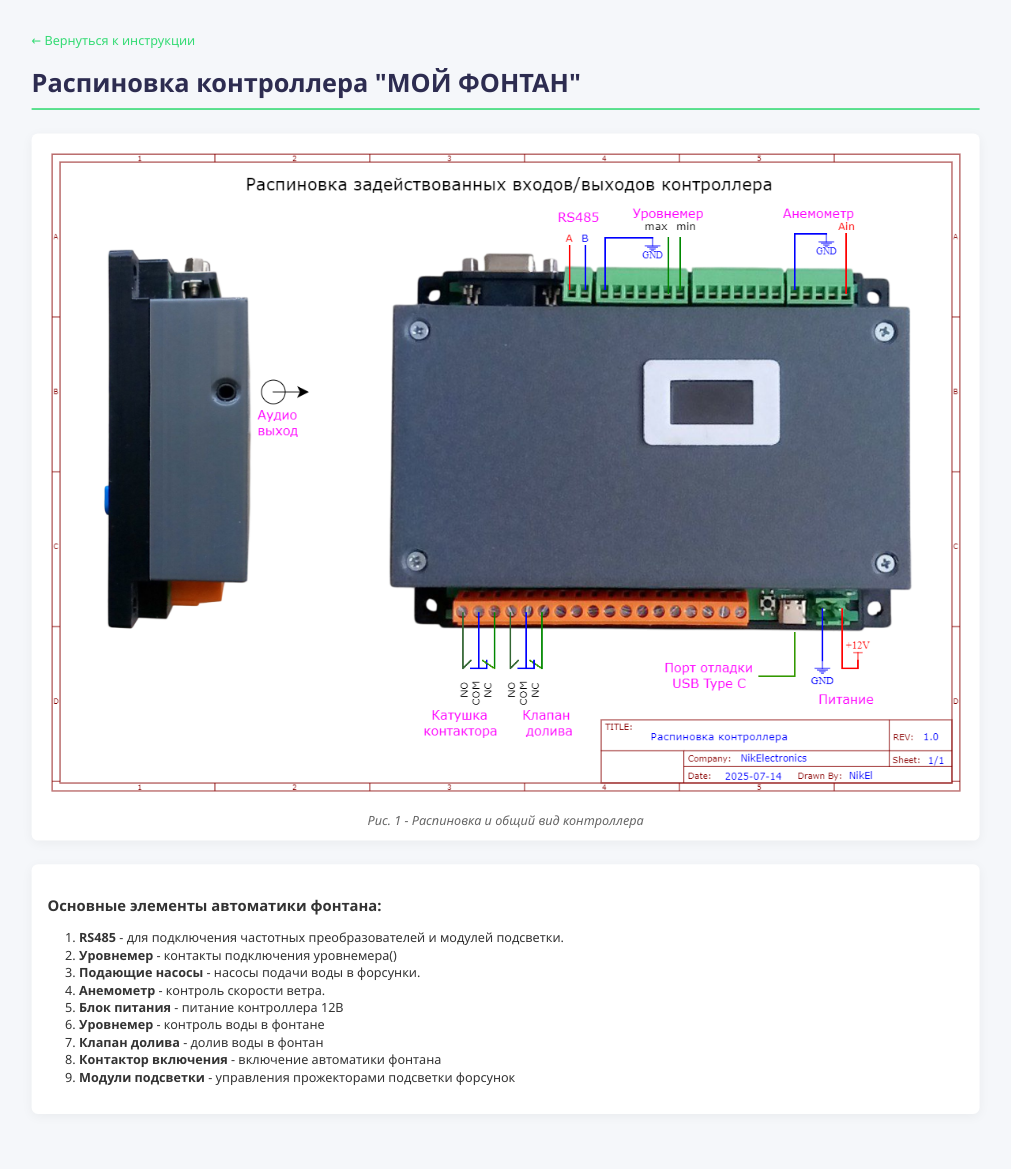
Repository: NikElectronics/fountain_manual
Page: pinout.html
These files come from the project's save history. The page is drawn as it stood at one moment and after the next save; the edit follows.
The browser window is 1280 px wide. The pictures show the whole page, at 79% of full size.

Above is the page before, as saved 2025-07-14 10:15:37.

After the next save:
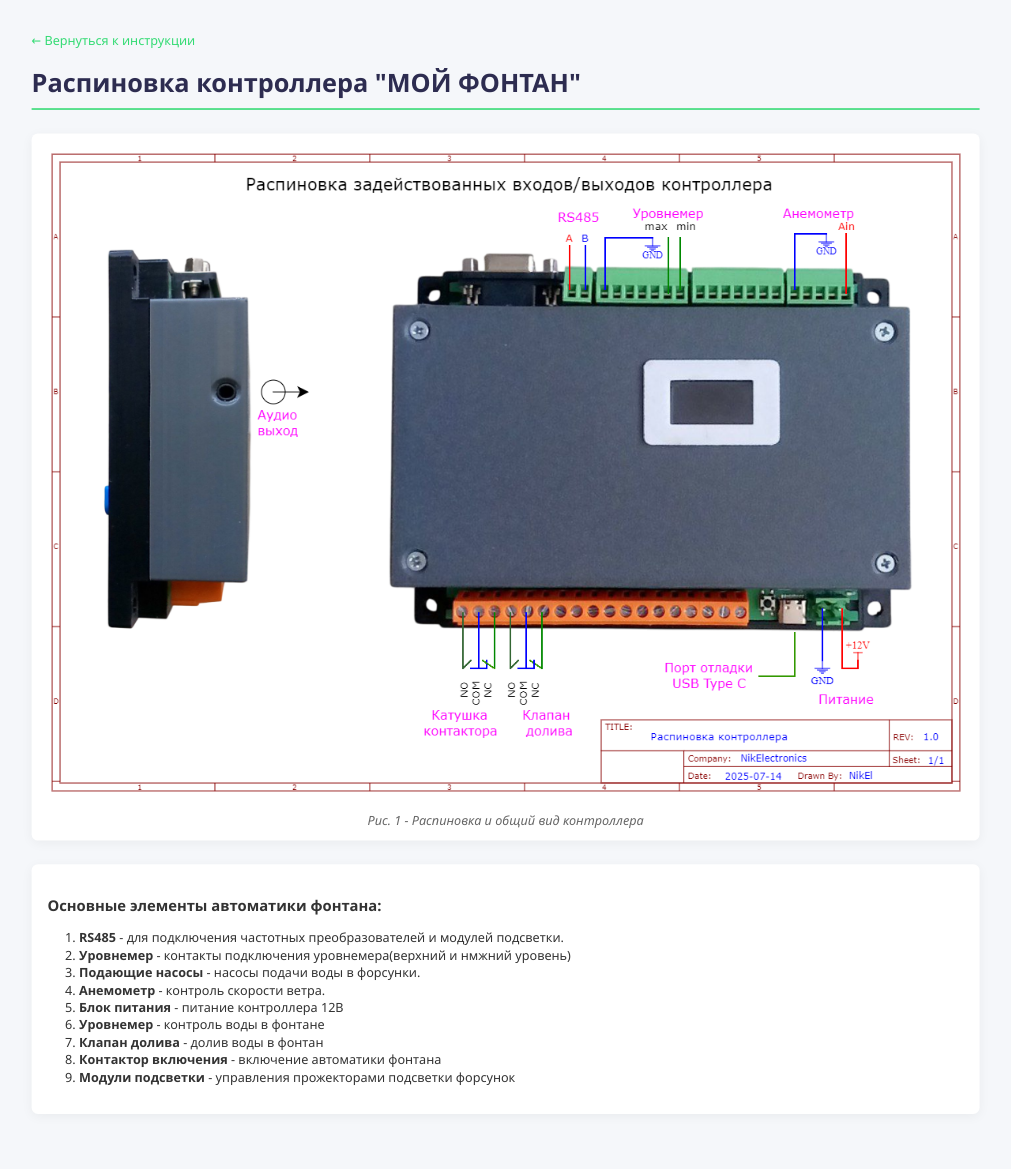
Saved 25 s later.
--- a/pinout.html
+++ b/pinout.html
@@ -92,7 +92,7 @@
             <h3>Основные элементы автоматики фонтана:</h3>
             <ol>
                 <li><strong>RS485</strong> - для подключения частотных преобразователей и модулей подсветки.</li>
-                <li><strong>Уровнемер</strong> - контакты подключения уровнемера()</li>
+                <li><strong>Уровнемер</strong> - контакты подключения уровнемера(верхний и нмжний уровень)</li>
                 <li><strong>Подающие насосы</strong> - насосы подачи воды в форсунки.</li>
                 <li><strong>Анемометр</strong> - контроль скорости ветра.</li>
                 <li><strong>Блок питания</strong> - питание контроллера 12В</li>
